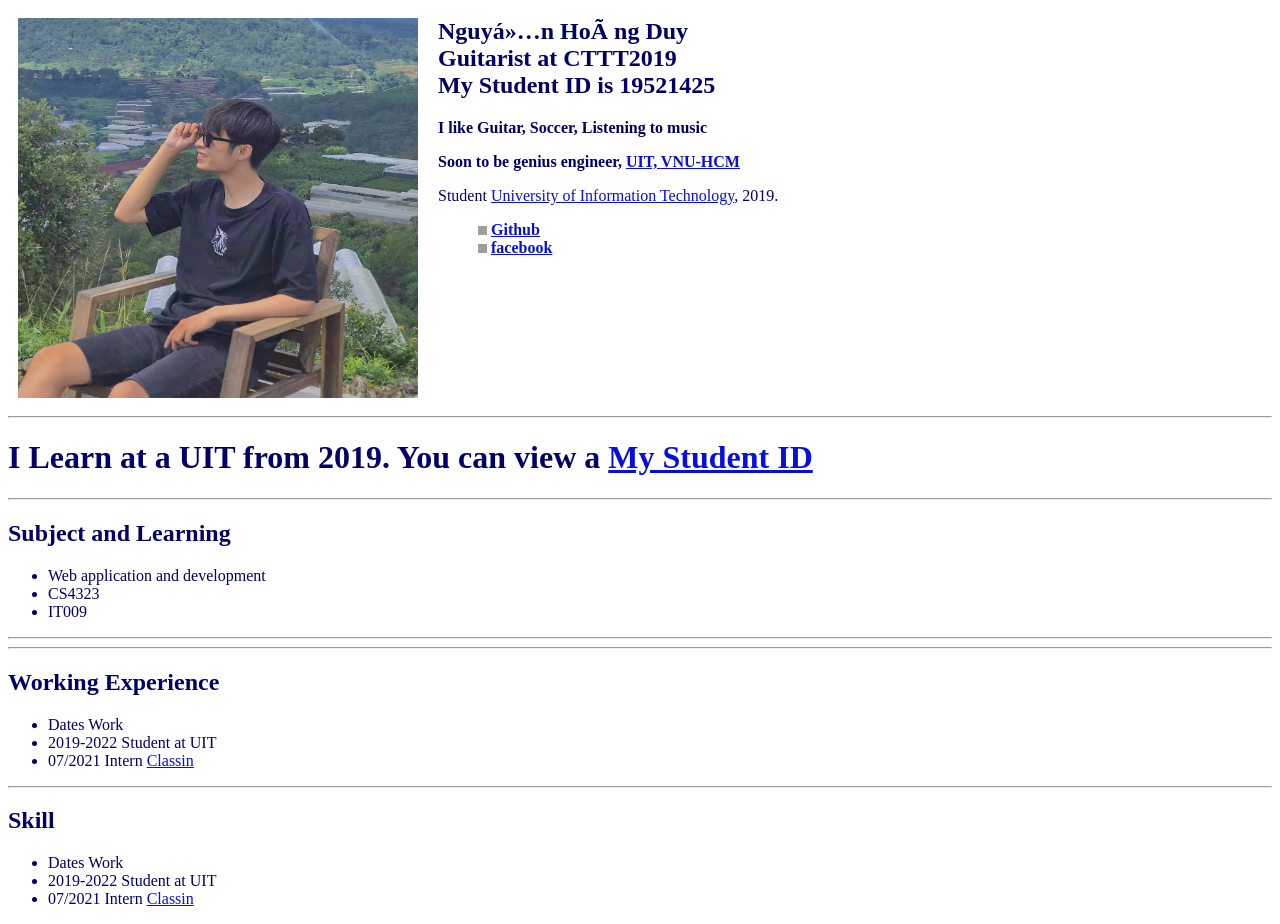
Repository: HoangDuy315/web-dev2022
Page: ex2.html
These files come from the project's save history. The page is drawn as it stood at one moment and after the next save; the edit follows.
The browser window is 1280 px wide. The pictures show the whole page.
Pictures or frames that could not be fetched are drawn as grey boxes.

Above is the page before, as saved 2022-09-22 15:09:22.

After the next save:
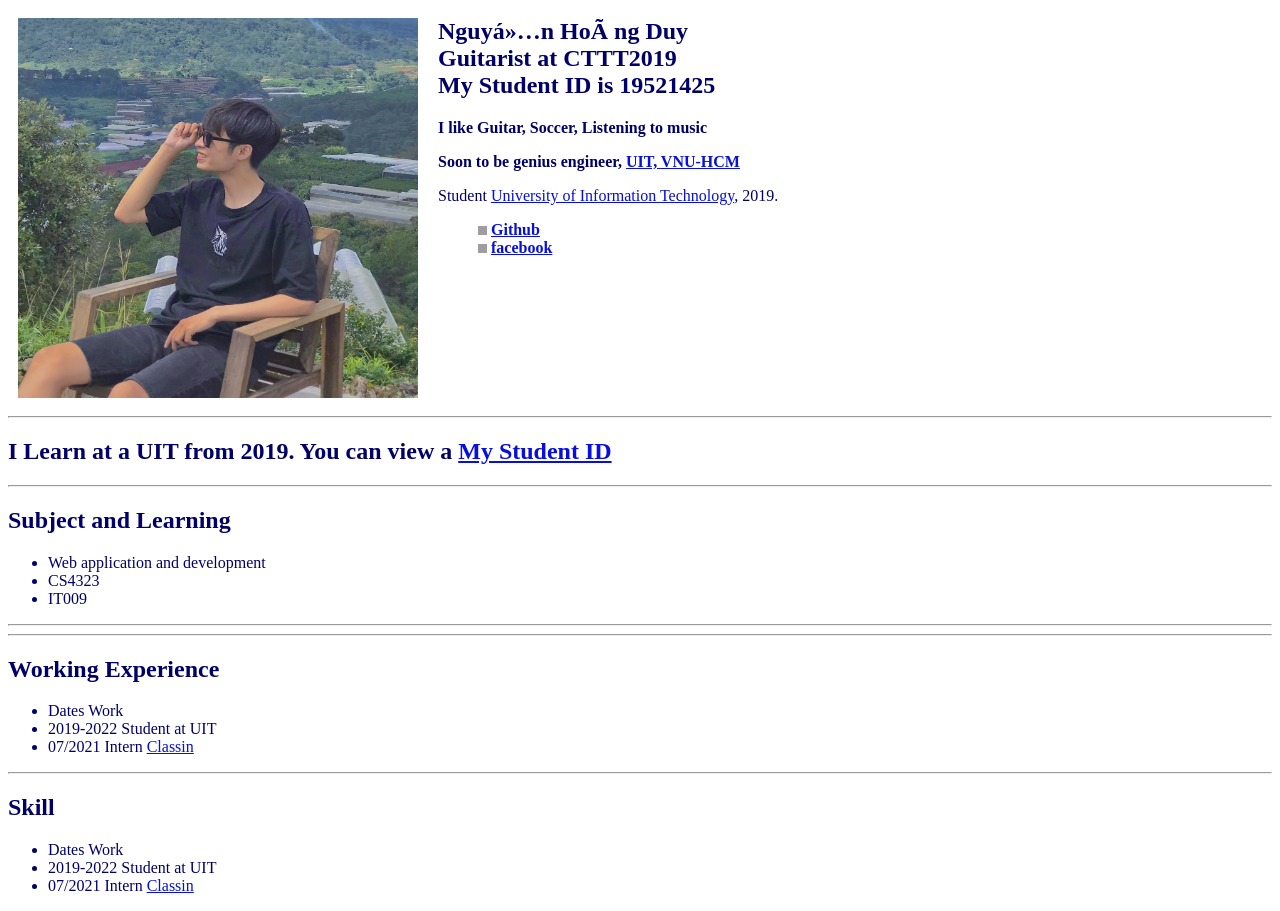
Saved 10 s later.
--- a/ex2.html
+++ b/ex2.html
@@ -54,7 +54,7 @@ Student <a href="https://www.uit.edu.vn/">University of Information Technology</
 
 <hr>
 
-<h1>I Learn at a UIT from 2019.  You can view a <a href="https://student.uit.edu.vn/">My Student ID</a></h1>
+<h2>I Learn at a UIT from 2019.  You can view a <a href="https://student.uit.edu.vn/">My Student ID</a></h2>
 
 <hr>
     <h2>Subject and Learning</h2>
